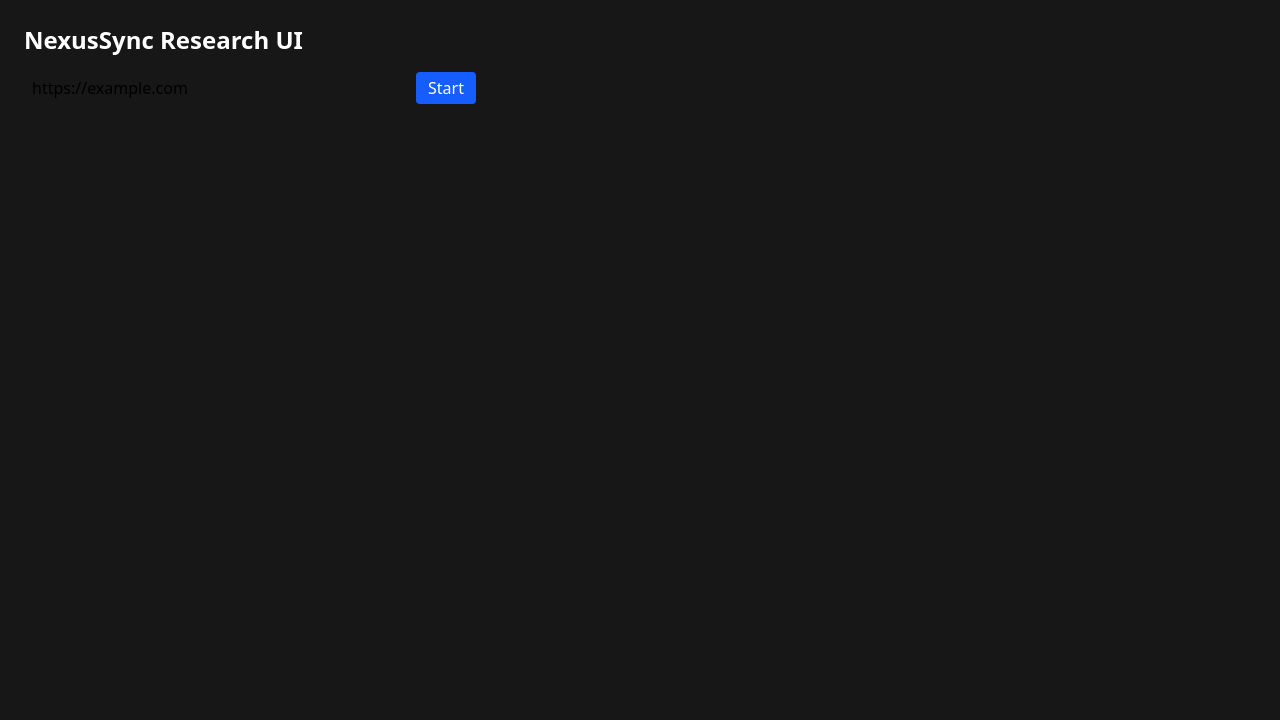
Repository: usemanusai/jaegis-nexus-sync
Page: / (app in apps/web-ui/)
The author's editor kept a copy of each file at every save. The page is drawn from the files as they stood at one save, then again after the next save.
The browser window is 1280 px wide. The pictures show the whole page.
The page's requests for data from a server got no answer. The project was rebuilt for these pictures with package versions that can differ from the ones it lists, and the page was loaded fresh each time. No one was signed in, and anything a server would have sent is missing. Also part of the build but not shown: apps/web-ui/vite.config.ts.

Above is the page before, as saved 2025-08-26 01:11:43.

### apps/web-ui/index.html
<!doctype html>
<html>
  <head>
    <meta charset="UTF-8" />
    <meta name="viewport" content="width=device-width, initial-scale=1.0" />
    <title>NexusSync Research UI</title>
  </head>
  <body>
    <div id="root"></div>
    <script type="module" src="/src/main.tsx"></script>
  </body>
</html>

### apps/web-ui/src/main.tsx
import React from 'react'
import { createRoot } from 'react-dom/client'
import { App } from './ui/App'
import './styles.css'

createRoot(document.getElementById('root')!).render(
  <React.StrictMode>
    <App />
  </React.StrictMode>
)

### apps/web-ui/src/ui/App.tsx
import React, { useState } from 'react'

const RESEARCH_API = import.meta.env.VITE_RESEARCH_API || 'http://localhost:33011'

export function App() {
  const [url, setUrl] = useState('https://example.com')
  const [job, setJob] = useState<string | null>(null)
  const [status, setStatus] = useState<any>(null)

  async function startResearch(e: React.FormEvent) {
    e.preventDefault()
    const res = await fetch(`${RESEARCH_API}/api/v1/research`, {
      method: 'POST',
      headers: { 'Content-Type': 'application/json' },
      body: JSON.stringify({ url }),
    })
    const json = await res.json()
    setJob(json.job_id)
  }

  async function pollStatus() {
    if (!job) return
    const res = await fetch(`${RESEARCH_API}/api/v1/research/${job}`)
    const json = await res.json()
    setStatus(json)
  }

  return (
    <div className="min-h-screen bg-neutral-900 text-white p-6">
      <h1 className="text-2xl font-bold mb-4">NexusSync Research UI</h1>
      <form onSubmit={startResearch} className="space-x-2">
        <input value={url} onChange={(e)=>setUrl(e.target.value)} className="px-2 py-1 rounded text-black w-96" placeholder="https://..." />
        <button className="bg-blue-600 px-3 py-1 rounded">Start</button>
      </form>

      {job && (
        <div className="mt-4">
          <div>Job: {job}</div>
          <button onClick={pollStatus} className="bg-slate-700 px-3 py-1 rounded mt-2">Poll Status</button>
        </div>
      )}

      {status && (
        <pre className="mt-4 bg-black/40 p-4 rounded">{JSON.stringify(status, null, 2)}</pre>
      )}
    </div>
  )
}

### apps/web-ui/src/styles.css
@import "tailwindcss";

@theme {
  --color-bg: #0a0a0a;
}

html, body, #root { height: 100%; }
body { background: var(--color-bg); }

After the next save:
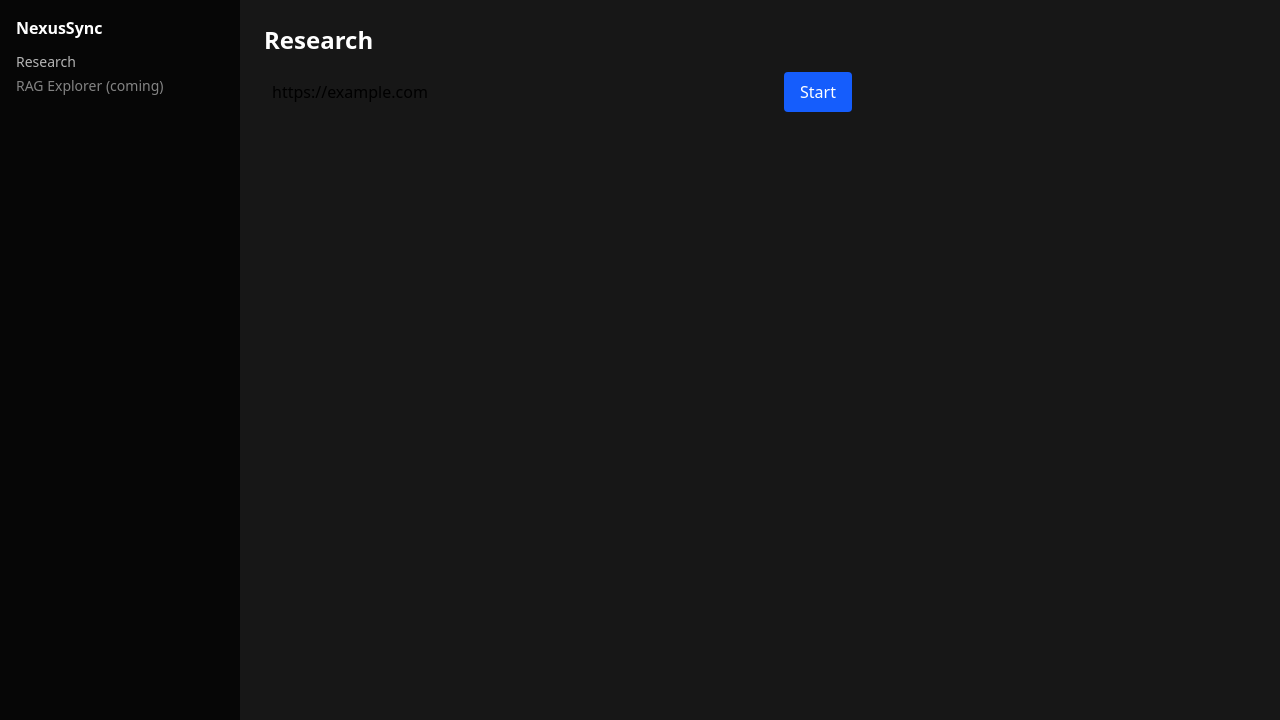
Saved 3 min 53 s later.
--- a/apps/web-ui/src/ui/App.tsx
+++ b/apps/web-ui/src/ui/App.tsx
@@ -26,23 +26,35 @@ export function App() {
   }
 
   return (
-    <div className="min-h-screen bg-neutral-900 text-white p-6">
-      <h1 className="text-2xl font-bold mb-4">NexusSync Research UI</h1>
-      <form onSubmit={startResearch} className="space-x-2">
-        <input value={url} onChange={(e)=>setUrl(e.target.value)} className="px-2 py-1 rounded text-black w-96" placeholder="https://..." />
-        <button className="bg-blue-600 px-3 py-1 rounded">Start</button>
-      </form>
+    <div className="min-h-screen text-white grid grid-cols-[240px_1fr]">
+      <aside className="bg-black/40 p-4">
+        <h2 className="font-bold mb-3">NexusSync</h2>
+        <nav className="space-y-1 text-sm">
+          <div className="opacity-70">Research</div>
+          <div className="opacity-50">RAG Explorer (coming)</div>
+        </nav>
+      </aside>
+      <main className="bg-neutral-900 p-6">
+        <h1 className="text-2xl font-bold mb-4">Research</h1>
+        <form onSubmit={startResearch} className="flex gap-2">
+          <input value={url} onChange={(e)=>setUrl(e.target.value)} className="px-2 py-2 rounded text-black w-[32rem]" placeholder="https://..." />
+          <button className="bg-blue-600 px-4 py-2 rounded">Start</button>
+        </form>
 
-      {job && (
-        <div className="mt-4">
-          <div>Job: {job}</div>
-          <button onClick={pollStatus} className="bg-slate-700 px-3 py-1 rounded mt-2">Poll Status</button>
-        </div>
-      )}
+        {job && (
+          <div className="mt-4 flex items-center gap-3">
+            <div className="text-sm opacity-80">Job: {job}</div>
+            <button onClick={pollStatus} className="bg-slate-700 px-3 py-1 rounded">Poll Status</button>
+          </div>
+        )}
 
-      {status && (
-        <pre className="mt-4 bg-black/40 p-4 rounded">{JSON.stringify(status, null, 2)}</pre>
-      )}
+        {status && (
+          <div className="mt-4">
+            <h3 className="font-semibold mb-2">Result</h3>
+            <pre className="bg-black/40 p-4 rounded text-sm overflow-auto max-h-[50vh]">{JSON.stringify(status, null, 2)}</pre>
+          </div>
+        )}
+      </main>
     </div>
   )
 }
